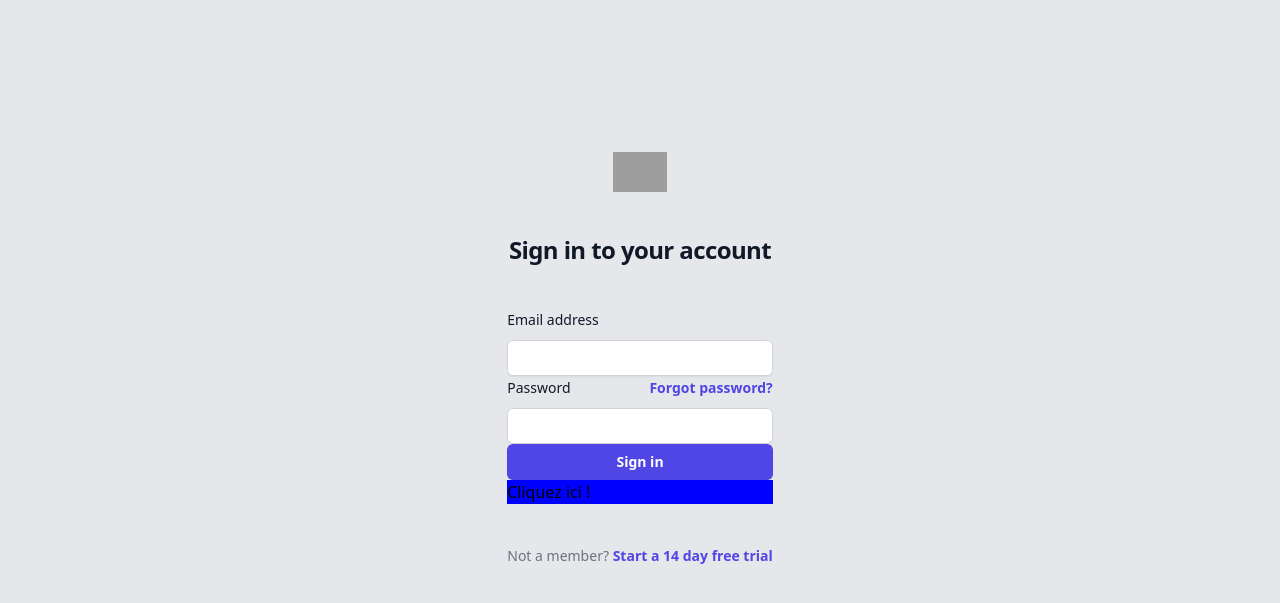
Repository: boschierob/interventio-app
Page: http://localhost/login
The author's editor kept a copy of each file at every save. The page is drawn from the files as they stood at one save, then again after the next save.
The browser window is 1280 px wide. The pictures show the whole page.
Pictures or frames that could not be fetched are drawn as grey boxes. The page is served by the project's Node server (server.js).

Above is the page before, as saved 2023-11-14 15:56:02.

### views/login.ejs
<!DOCTYPE html>
<html lang="en">

<head>
  <meta charset="UTF-8">
  <meta name="viewport" content="width=device-width, initial-scale=1.0">
  <title>Page de Connexion</title>
  <!-- Ajouter le lien vers le fichier CSS de Tailwind CSS -->
  <link href="https://cdn.jsdelivr.net/npm/tailwindcss@2.2.19/dist/tailwind.min.css" rel="stylesheet">
  <script src="https://unpkg.com/htmx.org@1.9.8"
    integrity="sha384-rgjA7mptc2ETQqXoYC3/zJvkU7K/aP44Y+z7xQuJiVnB/422P/Ak+F/AqFR7E4Wr"
    crossorigin="anonymous"></script>
</head>

<body class="bg-gray-200 flex justify-center items-center h-screen">
  <form action="/login" method="post" class="flex min-h-full flex-col justify-center px-6 py-12 lg:px-8">
    <div class="sm:mx-auto sm:w-full sm:max-w-sm">
      <img class="mx-auto h-10 w-auto" src="https://tailwindui.com/img/logos/mark.svg?color=indigo&shade=600"
        alt="Your Company">
      <h2 class="mt-10 text-center text-2xl font-bold leading-9 tracking-tight text-gray-900">Sign in to your account
      </h2>
    </div>

    <div class="mt-10 sm:mx-auto sm:w-full sm:max-w-sm">
      <form class="space-y-6" action="#" method="POST">
        <div>
          <label for="email" class="block text-sm font-medium leading-6 text-gray-900">Email address</label>
          <div class="mt-2">
            <input id="email" name="email" type="email" autocomplete="email" required
              class="block w-full rounded-md border-0 py-1.5 text-gray-900 shadow-sm ring-1 ring-inset ring-gray-300 placeholder:text-gray-400 focus:ring-2 focus:ring-inset focus:ring-indigo-600 sm:text-sm sm:leading-6">
          </div>
        </div>

        <div>
          <div class="flex items-center justify-between">
            <label for="password" class="block text-sm font-medium leading-6 text-gray-900">Password</label>
            <div class="text-sm">
              <a href="#" class="font-semibold text-indigo-600 hover:text-indigo-500">Forgot password?</a>
            </div>
          </div>
          <div class="mt-2">
            <input id="password" name="password" type="password" autocomplete="current-password" required
              class="block w-full rounded-md border-0 py-1.5 text-gray-900 shadow-sm ring-1 ring-inset ring-gray-300 placeholder:text-gray-400 focus:ring-2 focus:ring-inset focus:ring-indigo-600 sm:text-sm sm:leading-6">
          </div>
        </div>

        <div>
          <button type="submit"
            class="flex w-full justify-center rounded-md bg-indigo-600 px-3 py-1.5 text-sm font-semibold leading-6 text-white shadow-sm hover:bg-indigo-500 focus-visible:outline focus-visible:outline-2 focus-visible:outline-offset-2 focus-visible:outline-indigo-600">Sign
            in</button>
        </div>
      </form>

      <div class="click" hx-trigger="click" hx-post="/changer-couleur" hx-target=".click" hx-swap="outerHTML" hx-get="true">
        Cliquez ici !
    </div>

      <p class="mt-10 text-center text-sm text-gray-500">
        Not a member?
        <a href="#" class="font-semibold leading-6 text-indigo-600 hover:text-indigo-500">Start a 14 day free trial</a>
      </p>
    </div>
  </form>


  <script>
    document.querySelector('.click').style.backgroundColor = "<%= color %>";
</script>
</body>

</html>

### server.js
const express = require('express');
const ejs = require('ejs');
const bodyParser = require('body-parser');
const path = require('path');


const app = express();

// Utiliser EJS comme moteur de template
app.set('view engine', 'ejs');
app.set('views', path.join(__dirname, 'views'));

app.use(bodyParser.urlencoded({ extended: true }));
// Middleware pour traiter les requêtes JSON
app.use(express.json());

app.get('/', (req, res) => {
  res.sendFile('login.ejs');
});
app.get('/login', (req, res) => {
  // Traitez la logique du serveur ici

  // Changer la couleur de fond aléatoirement (exemple)
  const color = "blue";

  // Rendre la page avec la couleur en tant que variable
  res.render('login', { color });
});

app.post('/login', (req, res) => {
  const email = req.body.email;
  const password = req.body.password;
  // Faites ici le traitement des données, par exemple, une vérification d'authentification.
  // Vous pouvez également renvoyer une réponse au client.

  // Exemple : renvoyer un message JSON de confirmation
  res.json({ message: 'Connexion réussie' });
});

// Route pour gérer le clic et renvoyer l'en-tête personnalisé
app.post('/changer-couleur', (req, res) => {
    // Traitez la logique du serveur ici
    const color = "blue";

    res.send(color);

});


const server = app.listen(3000, () => {
  console.log('Serveur Node.js en cours d exécution sur le port 3000');
});

After the next save:
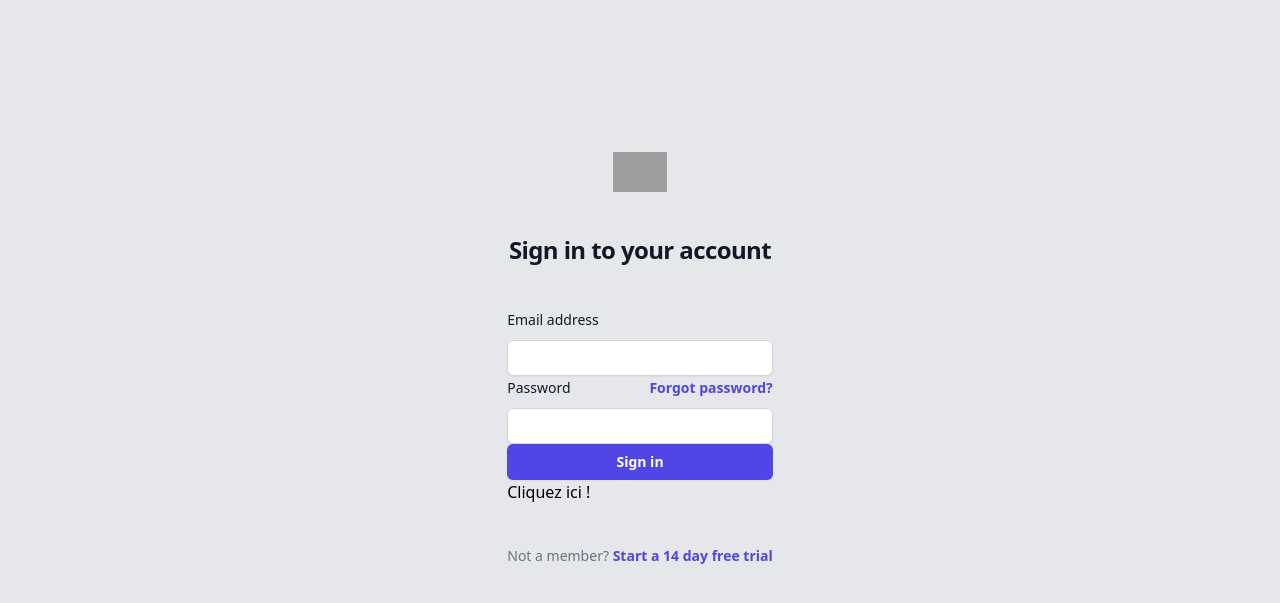
Saved 84 s later.
--- a/views/login.ejs
+++ b/views/login.ejs
@@ -63,9 +63,17 @@
   </form>
 
 
+  <!-- Script JavaScript pour gérer la réponse du serveur -->
   <script>
-    document.querySelector('.click').style.backgroundColor = "<%= color %>";
+    document.body.addEventListener('htmx:response', function (event) {
+        // Récupérer la couleur de la réponse
+        const color = event.detail.response.querySelector('.click').style.backgroundColor;
+
+        // Mettre à jour la couleur de fond de l'élément .click
+        document.querySelector('.click').style.backgroundColor = color;
+    });
 </script>
+
 </body>
 
 </html>
